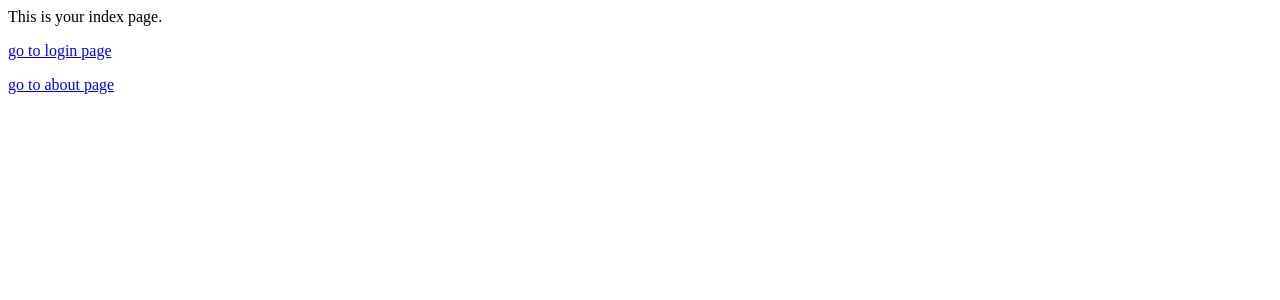
Repository: supadhyaya/JSP
Page: http://localhost/MVC/
The author's editor kept a copy of each file at every save. The page is drawn from the files as they stood at one save, then again after the next save.
The browser window is 1280 px wide. The pictures show the whole page.
The page is served by Tomcat 9.

Above is the page before, as saved 2014-11-25 17:40:14.

After the next save:
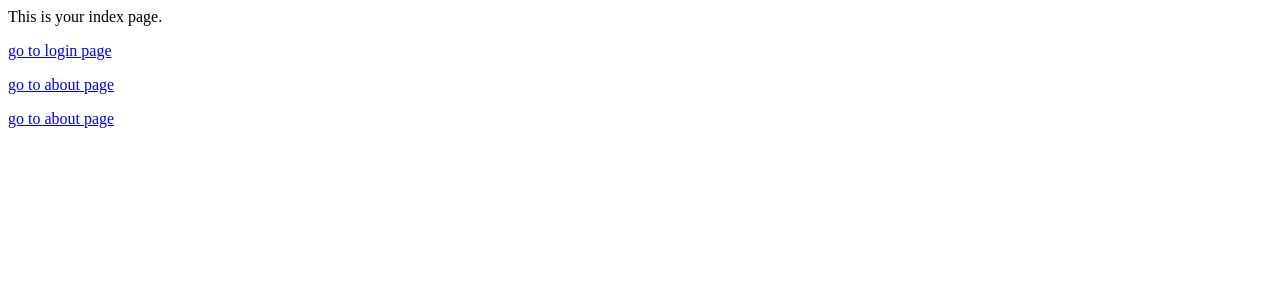
Saved 43 s later.
--- a/MVC/WebContent/index.jsp
+++ b/MVC/WebContent/index.jsp
@@ -13,6 +13,7 @@ This is your index page.
 
 <p> <a href="/MVC/Controller?action=about">go to about page</a> </p>
 
+<p> <a href="/MVC/Controller?action=null">go to about page</a> </p>
 
 </body>
 </html>
